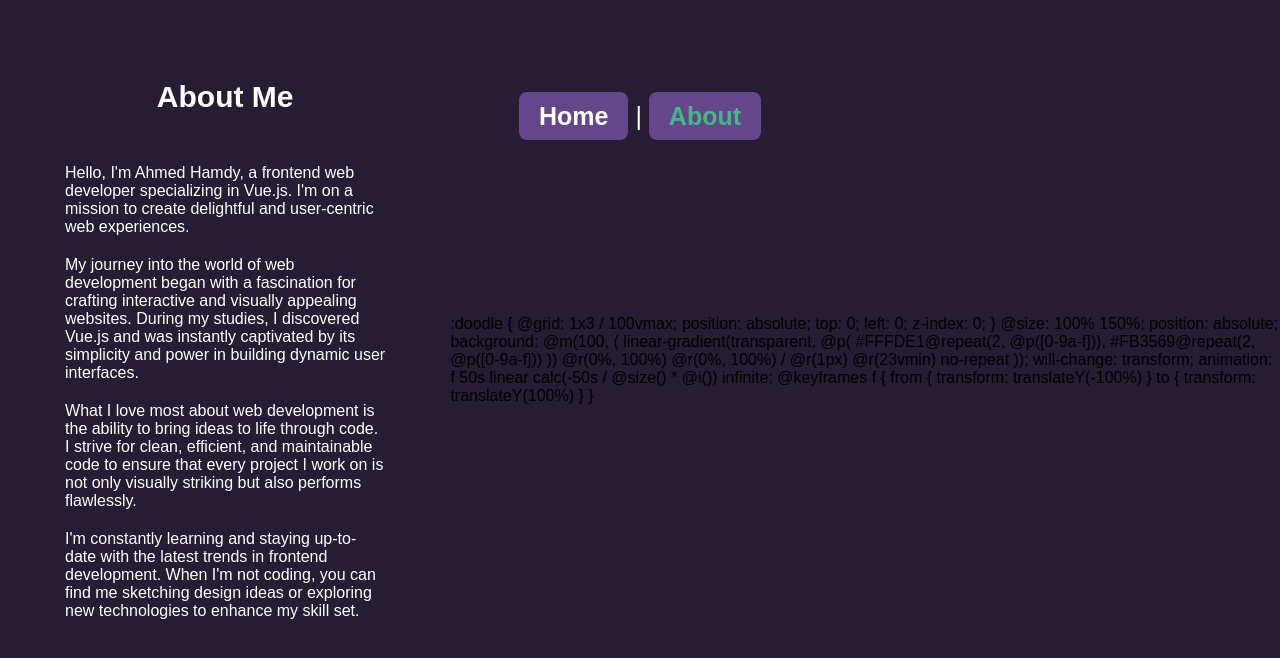
Repository: ahamdy997/portfolio
Page: /about
The author's editor kept a copy of each file at every save. The page is drawn from the files as they stood at one save, then again after the next save.
The browser window is 1280 px wide. The pictures show the whole page.
The project was rebuilt for these pictures with package versions that can differ from the ones it lists, and the page was loaded fresh each time. Also part of the build but not shown: vue.config.js, src/components/HelloWorld.vue, src/views/HomeView.vue.

Above is the page before, as saved 2023-11-05 00:28:13.

### public/index.html
<!DOCTYPE html>
<html lang="">
  <head>
    <meta charset="utf-8" />
    <meta http-equiv="X-UA-Compatible" content="IE=edge" />
    <meta name="viewport" content="width=device-width,initial-scale=1.0" />
    <link rel="icon" href="<%= BASE_URL %>favicon.ico" />
    <title><%= htmlWebpackPlugin.options.title %></title>
  </head>
  <body>
    <noscript>
      <strong
        >We're sorry but <%= htmlWebpackPlugin.options.title %> doesn't work
        properly without JavaScript enabled. Please enable it to
        continue.</strong
      >
    </noscript>
    <div id="app"></div>
    <!-- built files will be auto injected -->
    <css-doodle>
      :doodle { @grid: 1x3 / 100vmax; position: absolute; top: 0; left: 0;
      z-index: 0; } @size: 100% 150%; position: absolute; background: @m(100, (
      linear-gradient(transparent, @p( #FFFDE1@repeat(2, @p([0-9a-f])),
      #FB3569@repeat(2, @p([0-9a-f])) )) @r(0%, 100%) @r(0%, 100%) / @r(1px)
      @r(23vmin) no-repeat )); will-change: transform; animation: f 50s linear
      calc(-50s / @size() * @i()) infinite; @keyframes f { from { transform:
      translateY(-100%) } to { transform: translateY(100%) } }
    </css-doodle>
    <style>
      * {
        box-sizing: border-box;
        padding: 0;
        margin: 0;
      }
      body {
        font-family: sans-serif;
        height: 100vh;
        margin: 0;
        background: #261c33;
        overflow: hidden;
        display: flex;
        align-items: center;
        justify-content: center;
      }
    </style>

    <script src="https://unpkg.com/css-doodle@0.6.1/css-doodle.min.js"></script>
  </body>
</html>

### src/App.vue
<template>
  <header>
    <nav>
      <router-link to="/">Home</router-link> |
      <router-link to="/about">About</router-link>
    </nav>
  </header>
  <router-view />
</template>

<style>
#app {
  text-align: center;
  z-index: 1;
  color: white;
}
header {
  font-size: 25px;
  position: fixed;
  top: 10%;
  left: 0%;
  width: 100%;
}
nav {
  padding: 30px;
  text-align: center;
}

nav a {
  font-weight: bold;
  color: #fff;
  text-decoration: none;
  border-radius: 8px;
  background-color: #9467ce92;
  padding: 10px 20px;
}
a:hover {
  color: #cbb8e3;
}

nav a.router-link-exact-active {
  color: #42b983;
}
</style>

### src/views/AboutView.vue
<template>
  <div class="about">
    <h2>About Me</h2>
    <p>
      Hello, I'm Ahmed Hamdy, a frontend web developer specializing in Vue.js.
      I'm on a mission to create delightful and user-centric web experiences.
    </p>
    <p>
      My journey into the world of web development began with a fascination for
      crafting interactive and visually appealing websites. During my studies, I
      discovered Vue.js and was instantly captivated by its simplicity and power
      in building dynamic user interfaces.
    </p>
    <p>
      What I love most about web development is the ability to bring ideas to
      life through code. I strive for clean, efficient, and maintainable code to
      ensure that every project I work on is not only visually striking but also
      performs flawlessly.
    </p>
    <p>
      I'm constantly learning and staying up-to-date with the latest trends in
      frontend development. When I'm not coding, you can find me sketching
      design ideas or exploring new technologies to enhance my skill set.
    </p>
  </div>
</template>
<style scoped>
p {
  margin: 20px;
}
.about h2 {
  text-align: center;
  margin-bottom: 50px;
  font-size: 30px;
}
.about {
  width: 80%;
  margin: auto;
  text-align: start;
}
</style>

Loaded but not shown: src/main.js (common file); src/router/index.js (common file)

After the next save:
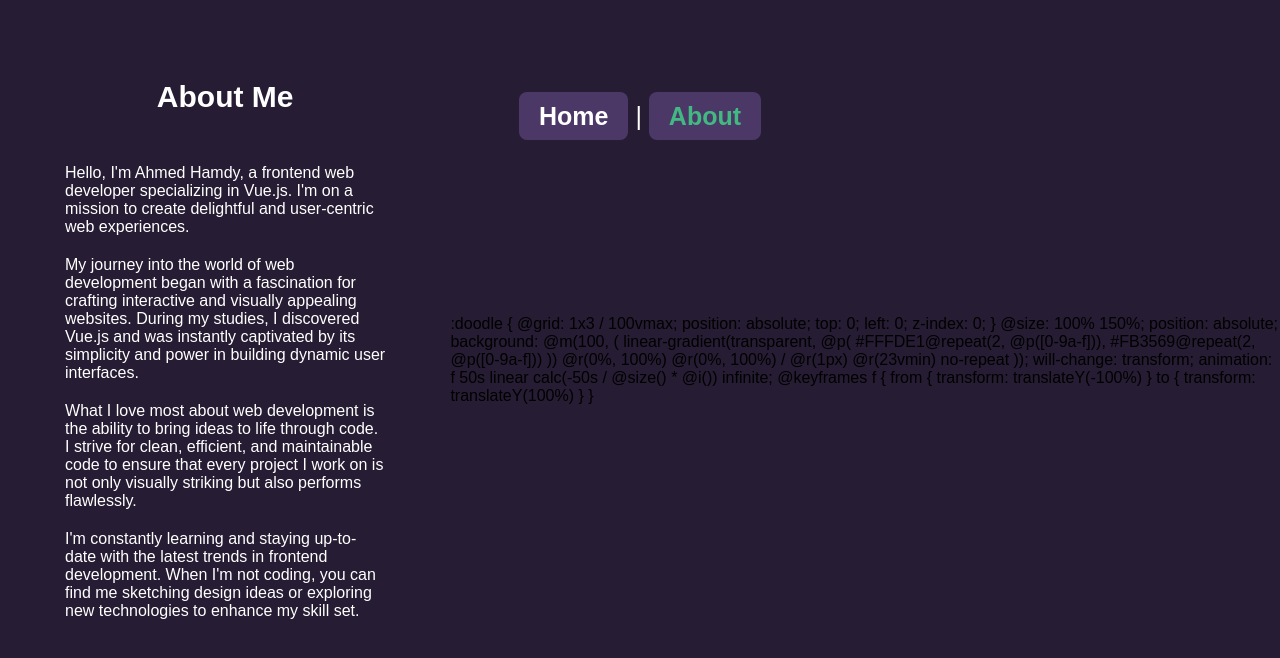
Saved 6 s later.
--- a/src/App.vue
+++ b/src/App.vue
@@ -31,7 +31,7 @@ nav a {
   color: #fff;
   text-decoration: none;
   border-radius: 8px;
-  background-color: #9467ce92;
+  background-color: #694e8e92;
   padding: 10px 20px;
 }
 a:hover {
